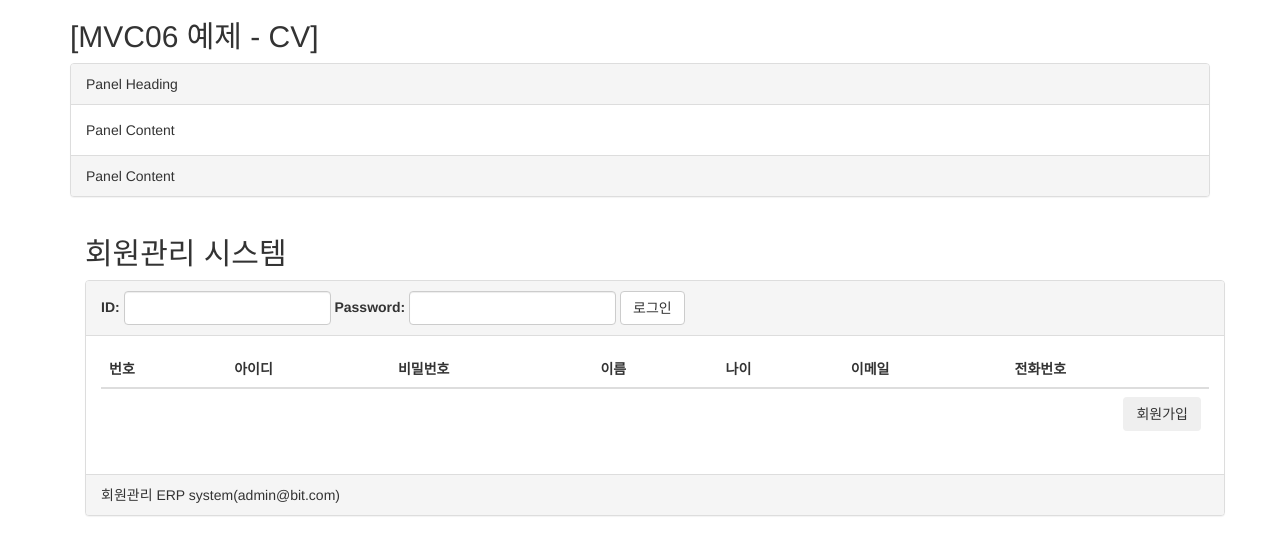
Repository: yhb131618/JAVA_WEB_PROJECT
Page: http://localhost/MVC06/WEB-INF/member/memberlist.jsp
The author's editor kept a copy of each file at every save. The page is drawn from the files as they stood at one save, then again after the next save.
The browser window is 1280 px wide. The pictures show the whole page.
Some web libraries are served in a nearby version. The page is served by Tomcat 9. Nobody is signed in. Other server files are loaded and not shown. The template is opened directly, without the code that normally fills it, so the values that code supplies are empty.

Above is the page before, as saved 2023-12-27 05:54:07.

### MVC06/WebContent/WEB-INF/member/memberlist.jsp
<%@ page language="java" contentType="text/html; charset=UTF-8"
    pageEncoding="UTF-8"%>
<%@ page import="kr.bit.model.*" %>
<%@ page import="java.util.*" %>

<%

	ArrayList<MemberVO> list = (ArrayList<MemberVO>)request.getAttribute("list");
%>
<%@taglib prefix="c" uri="http://java.sun.com/jsp/jstl/core" %>
<c:set var="ctx" value="${pageContext.request.contextPath}"/>

<!DOCTYPE html>
<html>
<head>
<meta charset="UTF-8">
<meta name="viewport" content="width=device-width, initial-scale=1">
<link rel="stylesheet" href="https://maxcdn.bootstrapcdn.com/bootstrap/3.4.1/css/bootstrap.min.css">
<script src="https://code.jquery.com/jquery-3.2.1.min.js"></script>
<script src="https://ajax.googleapis.com/ajax/libs/jquery/3.7.1/jquery.min.js"></script>
<script src="https://maxcdn.bootstrapcdn.com/bootstrap/3.4.1/js/bootstrap.min.js"></script>
<script type="text/javascript">
	$(document).ready(function(){
		<c:if test="${!empty msg}">
			alter("${msg}");
			<c:remove var="msg" scope="session"/>
		</c:if>
	});

	function deleteFn(num){
		location.href="${ctx}/memberDelete.do?num="+num;
	}
	function check(){
		if($('#user_id').val()== ''){
			alert("아이디를 입력하세요");
			return false;
		}
		if($('#password').val()== ''){
			alert("비밀번호를 입력하세요");
			return false;
		}

	return true;
	}
	function logout(){
		//System.out.println("logout");
		location.href="<c:url value='/memberLogout.do'/>";
	}
</script>
<title>Insert title here</title>
</head>
<body>

<div class="container">
  <h2>[MVC06 예제 - CV]</h2>
  <div class="panel panel-default">
    <div class="panel-heading">
    <c:if test="${sessionScope.userId!=null && sessionScope.userId!='' }">
    	<label>${sessionScope.userName}님이 로그인 하셨습니다.</label>
    </c:if>
    <c:if test="${sessionScope.userId==null && sessionScope.userId=='' }">
    	<label>${sessionScope.userName}안녕하세요.</label>
    </c:if>
   Panel Heading</div>
    <div class="panel-body">Panel Content</div>
    <div class="panel-footer">Panel Content</div>

  </div>


<div class ="container">
	<h2>회원관리 시스템</h2>
	<div class="panel panel-default">
		<div class="panel-heading">
		<c:if test="${sessionScope.userId == null || sessionScope.userId == ''}">

			<form class="form-inline" action="${ctx}/memberLogin.do" method="post">
			  <div class="form-group">
			    <label for="user_id">ID:</label>
			    <input type="text" class="form-control" id="user_id" name ="user_id">
			  </div>
			  <div class="form-group">
			    <label for="pwd">Password:</label>
			    <input type="password" class="form-control" id="password" name ="password">
			  </div>
			  <button type="submit" class="btn btn-default" onclick="return check()">로그인</button>
			</form>
		</c:if>


		<c:if test="${sessionScope.userId != null && sessionScope.userId != ''}">
			${sessionScope.userName}님 환영합니다.
			<button type="button" class="btn btn-warnging" onclick="logout()">로그아웃</button>
	    </c:if>

		</div>
		<div class="panel-body">
			<div class="table-responsive">
			  <table class="table table-hover">
			    <thead>
					<tr>
						<th>번호</th>
						<th>아이디</th>
						<th>비밀번호</th>
						<th>이름</th>
						<th>나이</th>
						<th>이메일</th>
						<th>전화번호</th>
					</tr>
			    </thead>
			    <tbody>
					<c:forEach var="vo" items="${list}">
							<tr>
								<td>${vo.num}</td>
								<td><a href="${ctx}/memberContent.do?num=${vo.num}">${vo.id}</a></td>
								<td>${vo.pass}</td>
								<td>${vo.name}</td>
								<td>${vo.age}</td>
								<td>${vo.email}</td>
								<td>${vo.phone}</td>

								<c:if test="${sessionScope.userId==vo.id}">
									<td><input type="button" value="삭제" class="btn btn-Warning" onclick="deleteFn(${vo.num})"></td>
								</c:if>
								<c:if test="${sessionScope.userId!=vo.id}">
									<td><input type="button" value="삭제" class="btn btn-Warning" onclick="deleteFn(${vo.num})" disabled="disabled"></td>
								</c:if>
							</tr>
					</c:forEach>
						<tr>
						<td colspan="8" align="right"><input type="button" value="회원가입" class="btn" onclick="location.href='${ctx}/memberRegister.do'"/></td>
						</tr>
			    </tbody>
			  </table>
			  </div>
			</div>
			  <div class="panel-footer">
			  	회원관리 ERP system(admin@bit.com)
			  </div>

		 </div>


</div>



</body>
</html>

After the next save:
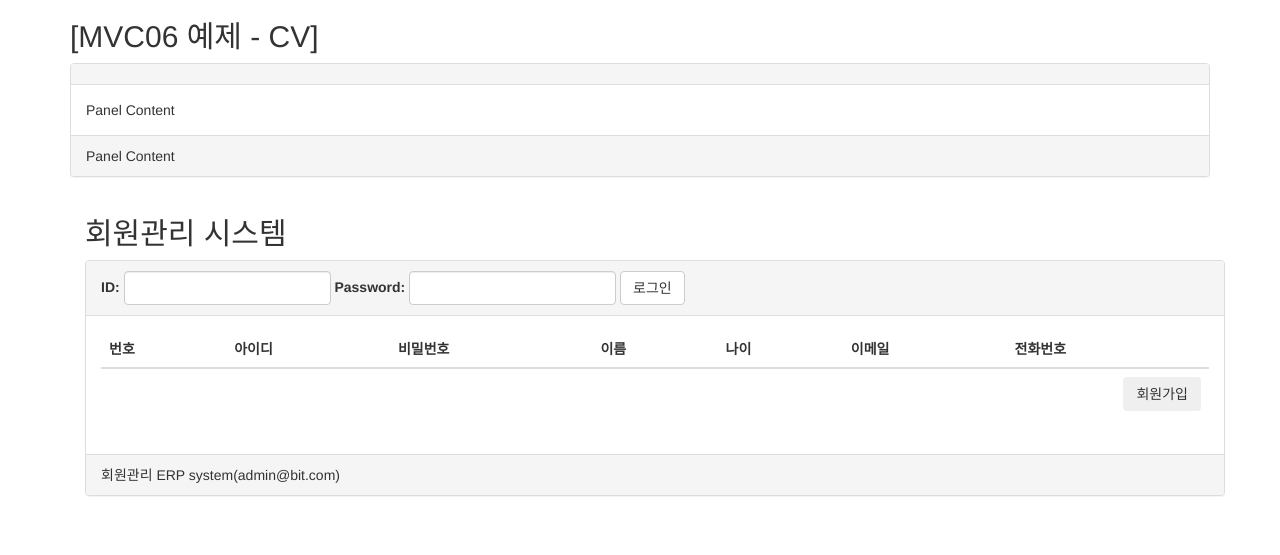
Saved 4 s later.
--- a/MVC06/WebContent/WEB-INF/member/memberlist.jsp
+++ b/MVC06/WebContent/WEB-INF/member/memberlist.jsp
@@ -61,7 +61,7 @@
     <c:if test="${sessionScope.userId==null && sessionScope.userId=='' }">
     	<label>${sessionScope.userName}안녕하세요.</label>
     </c:if>
-   Panel Heading</div>
+   </div>
     <div class="panel-body">Panel Content</div>
     <div class="panel-footer">Panel Content</div>
 
